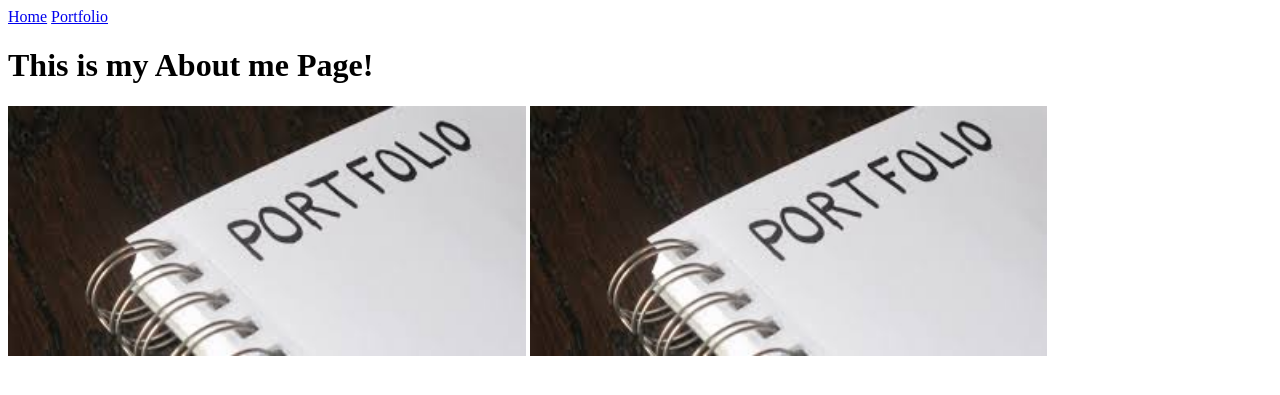
Repository: adelacerda2631/adelacerda.github.io
Page: my_website/aboutme.html
The author's editor kept a record of every edit. The page is drawn from the files as they stood at one moment, then again after the next edit.
The browser window is 1280 px wide. The pictures show the whole page.

Above is the page before.

After the next edit:
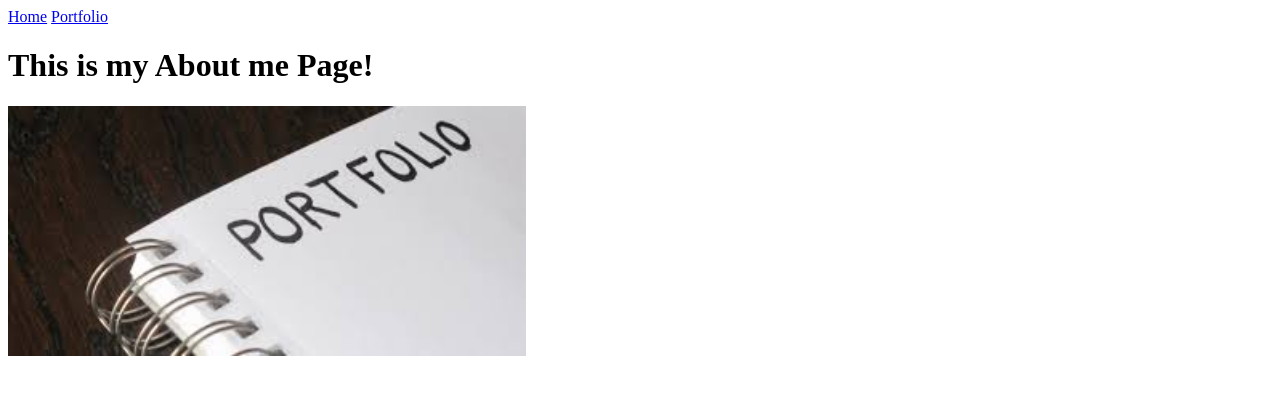
The edit:
--- a/my_website/aboutme.html
+++ b/my_website/aboutme.html
@@ -9,9 +9,7 @@
     <a href="portfolio.html">Portfolio</a>
     <h1>This is my About me Page!</h1>
     <img src="images/portfolio.jpg" height="250">
-    <img src="images/portfolio.jpg" height="250">
     <br>
-      <br>
 
 	  </body>
 	</html>
